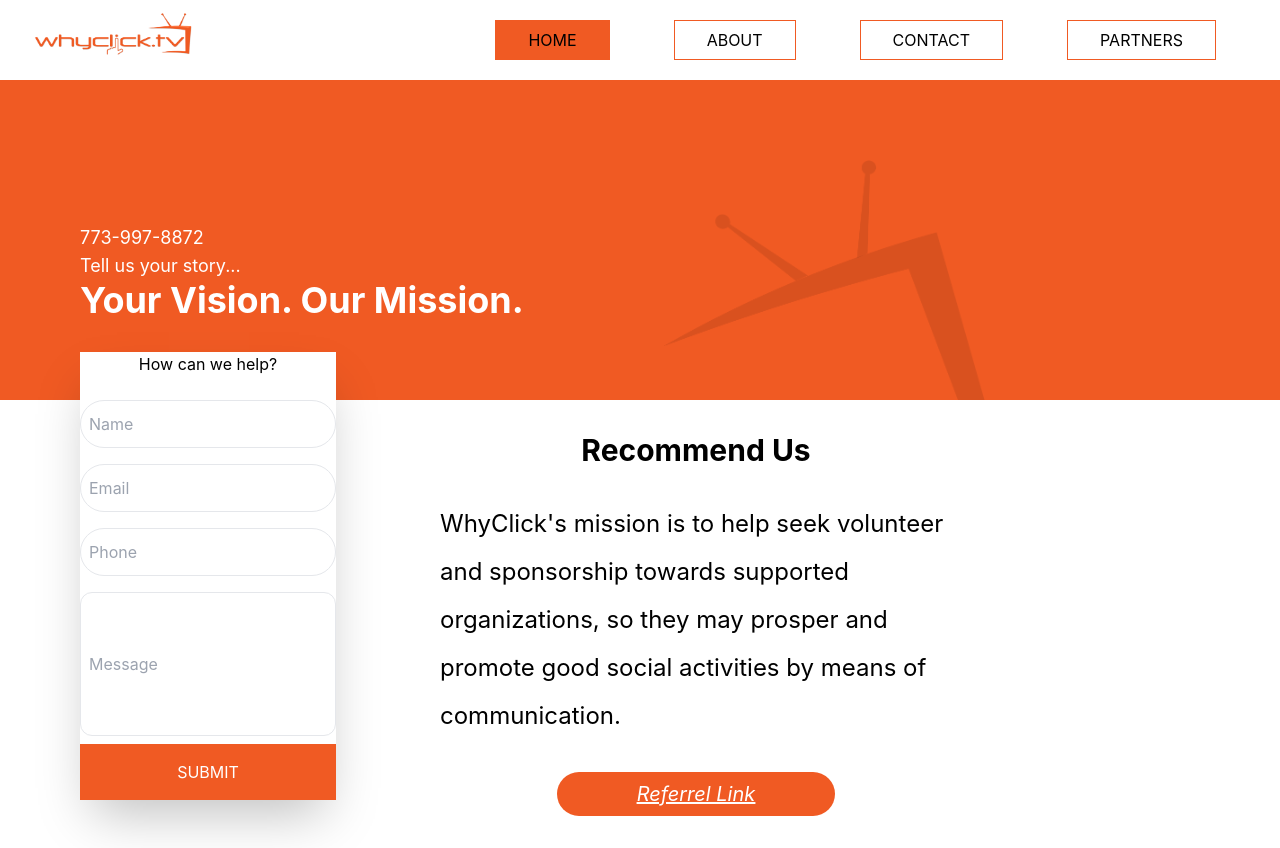
Repository: legenddev1202/whyclicktv
Page: /
These files come from the project's save history. The page is drawn as it stood at one moment and after the next save; the edit follows.
The browser window is 1280 px wide. The pictures show the whole page.
The project was rebuilt for these pictures with package versions that can differ from the ones it lists, and the page was loaded fresh each time. Also part of the build but not shown: src/pages/about.js, src/App.css.

Above is the page before, as saved 2022-03-31 08:36:21.

After the next save:
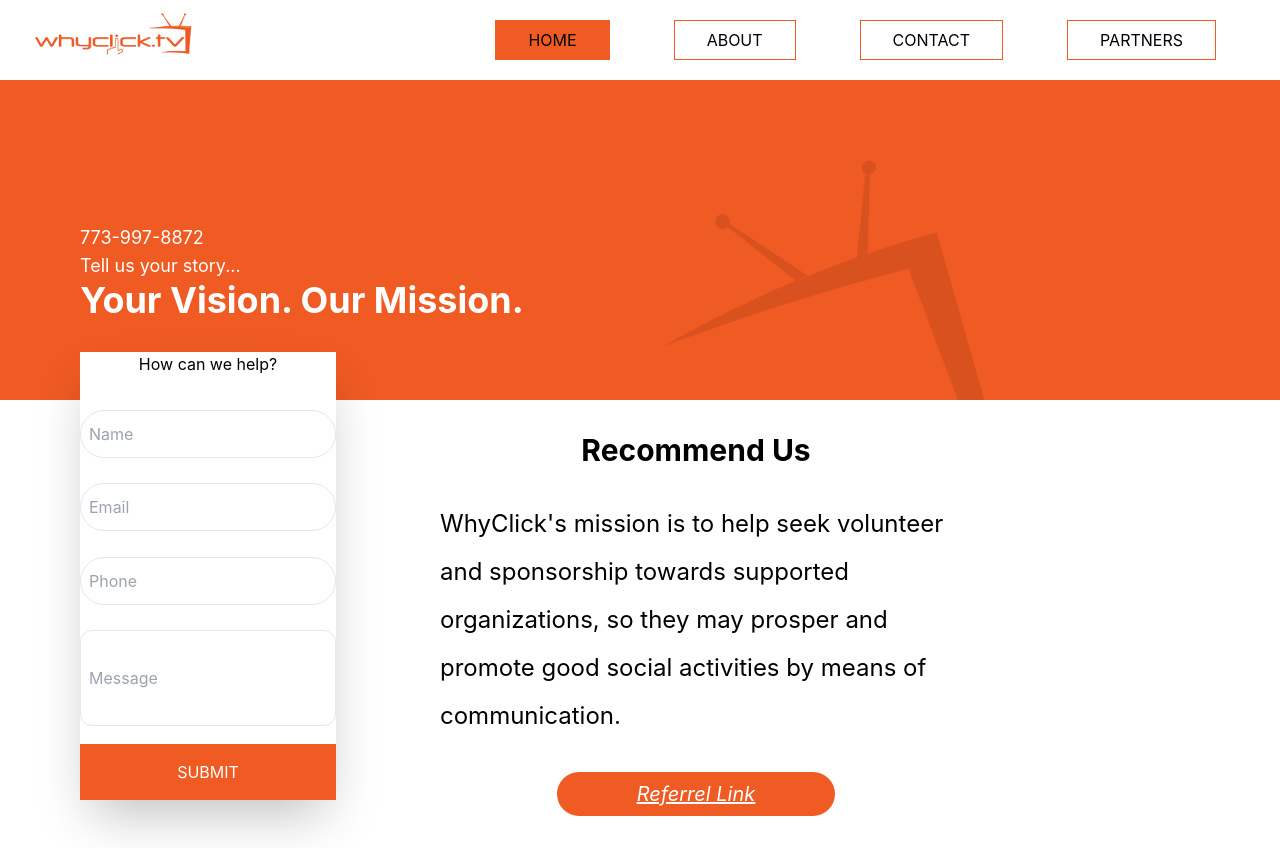
Saved 12 s later.
--- a/src/pages/home.js
+++ b/src/pages/home.js
@@ -93,7 +93,7 @@ function Home() {
           </div>
           <div className="pt-2">
             <input
-              className="border rounded-xl w-full h-36 px-2"
+              className="border rounded-xl w-full h-24 px-2"
               placeholder="Message"
             ></input>
           </div>
